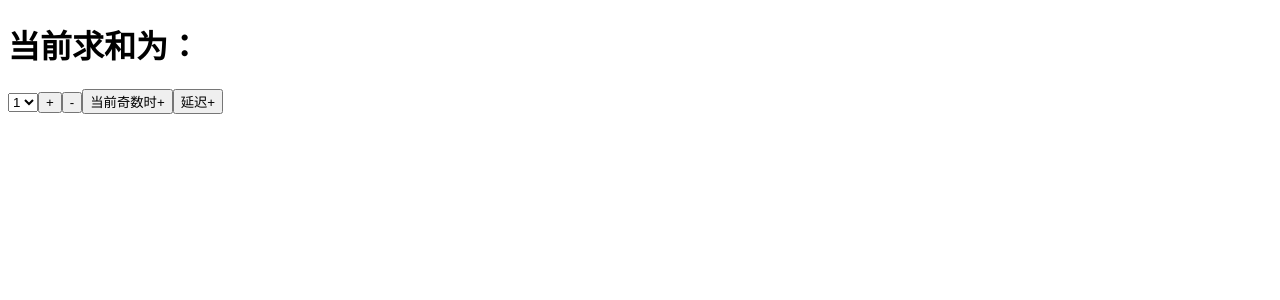
Repository: WAY-C/JSCodes
Page: / (app in Vue/24求和案例_vuex/count/)
An editor plug-in stored every save of this project. The page is shown before and after the next save, followed by the edit.
The browser window is 1280 px wide. The pictures show the whole page.
The project was rebuilt for these pictures with package versions that can differ from the ones it lists, and the page was loaded fresh each time.

Above is the page before, as saved 2021-09-20 14:50:01.

After the next save:
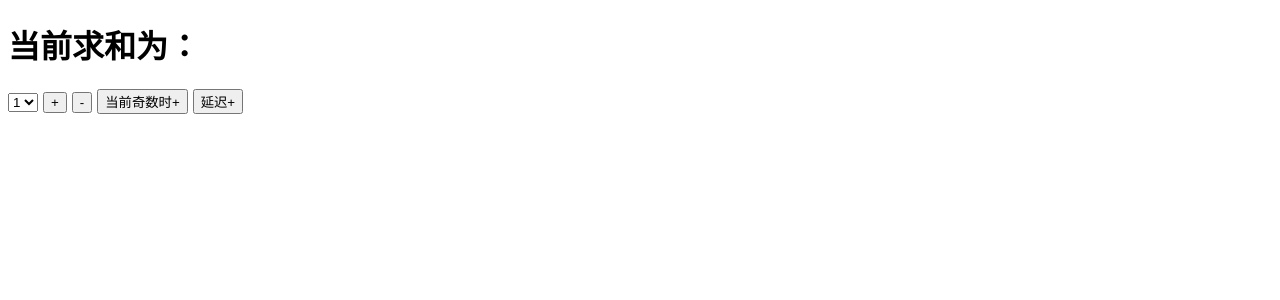
Saved 38 s later.
--- a/Vue/24求和案例_vuex/count/src/components/Count.vue
+++ b/Vue/24求和案例_vuex/count/src/components/Count.vue
@@ -20,4 +20,7 @@ export default {
 </script>
 
 <style>
+button {
+  margin-left: 5px;
+}
 </style>
